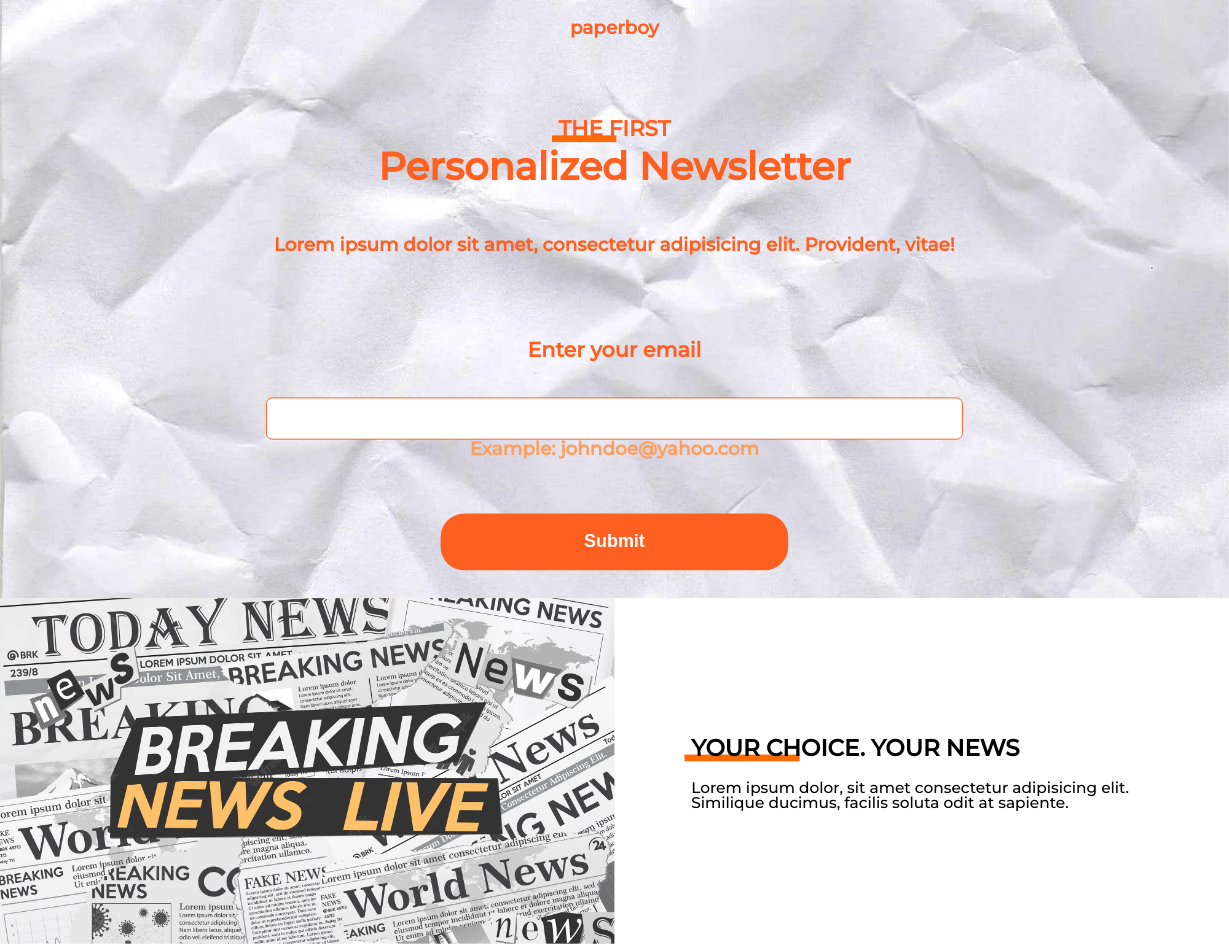
Repository: Gionnn/proiecte
Page: index.html
An editor plug-in stored every save of this project. The page is shown before and after the next save, followed by the edit.
The browser window is 1280 px wide. The pictures show the whole page, at 96% of full size.

Above is the page before, as saved 2022-11-28 14:51:00.

### index.html
<!DOCTYPE html>
<html lang="en">
  <head>
    <meta charset="UTF-8" />
    <meta name="viewport" content="width=device-width, initial-scale=1.0" />
    <meta http-equiv="X-UA-Compatible" content="ie=edge" />
    <link rel="stylesheet" href="css/main.css" />
    <title>Paperboy</title>
  </head>

  <body>
    <div class="hero-bg">
      <section class="top">
        <header>
          <a href="index.html">paperboy</a>
        </header>

        <h1><span>The first </span>Personalized Newsletter</h1>
        <p>
          Lorem ipsum dolor sit amet, consectetur adipisicing elit. Provident,
          vitae!
        </p>
        <div class="form-container">
          <form action="">
            <div class="form-left">
              <label for="email">Enter your email</label>
              <input type="text" name="email" id="email" />
              <p>Example: johndoe@yahoo.com</p>
            </div>
            <input type="button" value="Submit" />
          </form>
        </div>
      </section>
    </div>

    <section class="bottom">
      <div class="right-col">
        <h2>Your choice. Your news</h2>
        <p>
          Lorem ipsum dolor, sit amet consectetur adipisicing elit. Similique
          ducimus, facilis soluta odit at sapiente.
        </p>
      </div>
      <img src="images/paper.jpeg" alt="Breaking News" />
    </section>
  </body>
</html>

### css/main.css
@import url("https://fonts.googleapis.com/css2?family=Montserrat:wght@500&display=swap");

body {
  font-family: "Montserrat", sans-serif;
  margin: 0;
}

.hero-bg {
  background: url("../images/background.jpeg");
  color: #ff5f1f;
  text-align: center;
}

header {
  padding-top: 1em;
}
.hero-bg a {
  color: #ff5f1f;
  text-decoration: none;
  font-weight: bold;
  font-size: 1.2rem;
}

section {
  margin: 0 1em;
}

h1 {
  font-size: 2.5rem;
  margin: 2em 0 1.2em;
}

h1 span {
  text-transform: uppercase;
  display: block;
  font-size: 1.4rem;
  position: relative;
  z-index: 1;
}
h1 span::before {
  content: " ";
  position: absolute;
  width: 3em;
  background: #fc6a03;
  height: 0.3em;
  bottom: 0;
  z-index: -1;
  margin-left: -0.3em;
}
.hero-bg p {
  font-weight: bold;
  margin: 0 1em 3em;
  font-size: 1.2rem;
}
.form-container {
  margin: 2em -1em 0;
  padding: 2em;
}
label {
  color: #ff5f1f;
  font-weight: bold;
  display: block;
  margin-bottom: 1em;
  font-size: 1.5em;
}
input[type="text"] {
  border: 1px solid #ff5f1f;
  width: 60%;
  padding: 1em;
  box-sizing: border-box;
  border-radius: 0.5em;
  margin-top: 1.2em;
}
.form-container {
  color: #ff9d5c;
  margin-bottom: 1.5em;
  font-weight: normal;
  font-size: 0.9em;
  margin-top: 0.3em;
}
input[type="button"] {
  background-color: #ff5f1f;
  border: none;
  width: 30%;
  color: white;
  font-weight: bold;
  padding: 1em 0;
  border-radius: 1.3em;
  font-size: 1.3em;
  cursor: pointer;
}

input[type="button"]:hover {
  background-color: #c47508;
}

.bottom {
  margin: 0;
}

.right-col {
  text-align: center;
  margin: 3em 1em;
}

h2 {
  text-transform: uppercase;
  position: relative;
}

h2::before {
  content: " ";
  position: absolute;
  width: 5em;
  background: #fc6a03;
  height: 0.3em;
  bottom: 0;
  z-index: -1;
  margin-left: -0.3em;
}

img {
  width: 100%;
}

p {
  line-height: 1em;
}

@media (min-width: 730px) {
  section {
    margin: 0 4em;
  }
  .form-container {
    margin: 2em -4em 0;
  }
}

@media (min-width: 930px) {
  .bottom {
    display: grid;
    grid-template-columns: repeat(2, 50%);
    grid-template-areas: "paper content";
  }
  .right-col {
    grid-area: content;
    padding: 0 10%;
    text-align: left;
    align-self: center;
  }
  img {
    grid-area: paper;
  }
}

.top {
  animation: fadeIn 2s forwards;
}

@keyframes fadeIn {
  from {
    opacity: 0;
    transform: translateY(-2em);
  }
  to {
    opacity: 1;
    transform: translateY(0);
  }
}

After the next save:
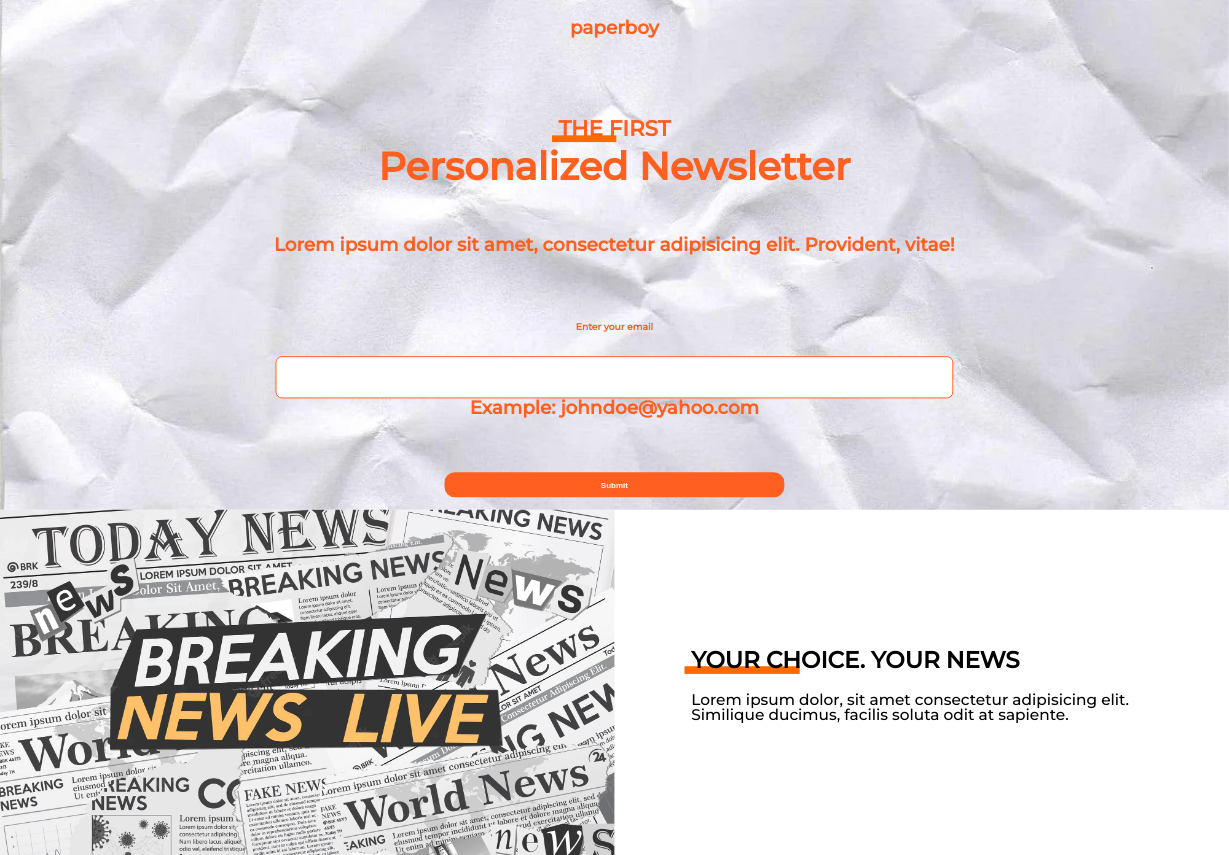
Saved 19 s later.
--- a/css/main.css
+++ b/css/main.css
@@ -72,10 +72,10 @@
   margin-top: 1.2em;
 }
 .form-container {
-  color: #ff9d5c;
+  color: #ff5f1f;
   margin-bottom: 1.5em;
   font-weight: normal;
-  font-size: 0.9em;
+  font-size: 0.4em;
   margin-top: 0.3em;
 }
 input[type="button"] {

After the save that followed:
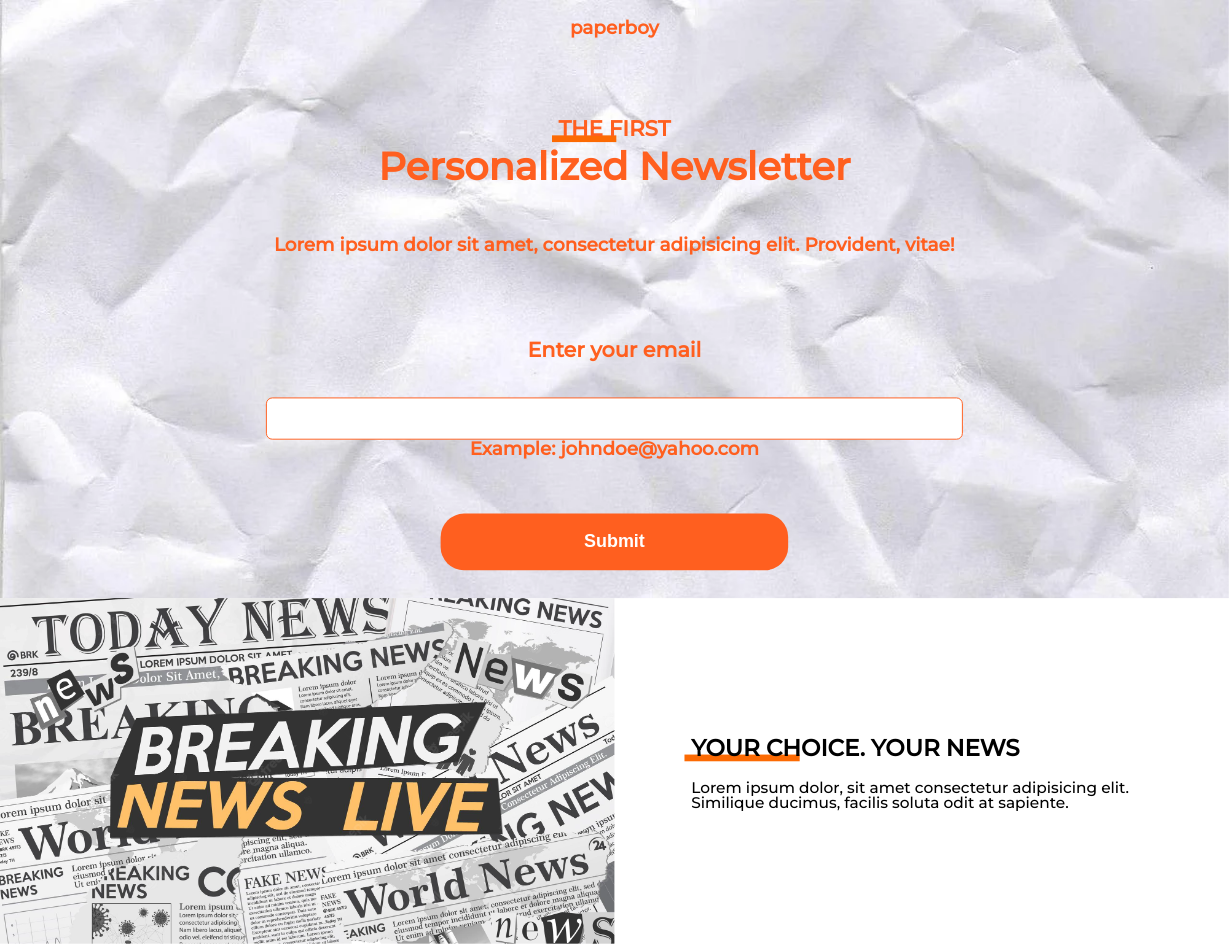
Saved 7 s later.
--- a/css/main.css
+++ b/css/main.css
@@ -75,7 +75,7 @@
   color: #ff5f1f;
   margin-bottom: 1.5em;
   font-weight: normal;
-  font-size: 0.4em;
+  font-size: 0.9em;
   margin-top: 0.3em;
 }
 input[type="button"] {
